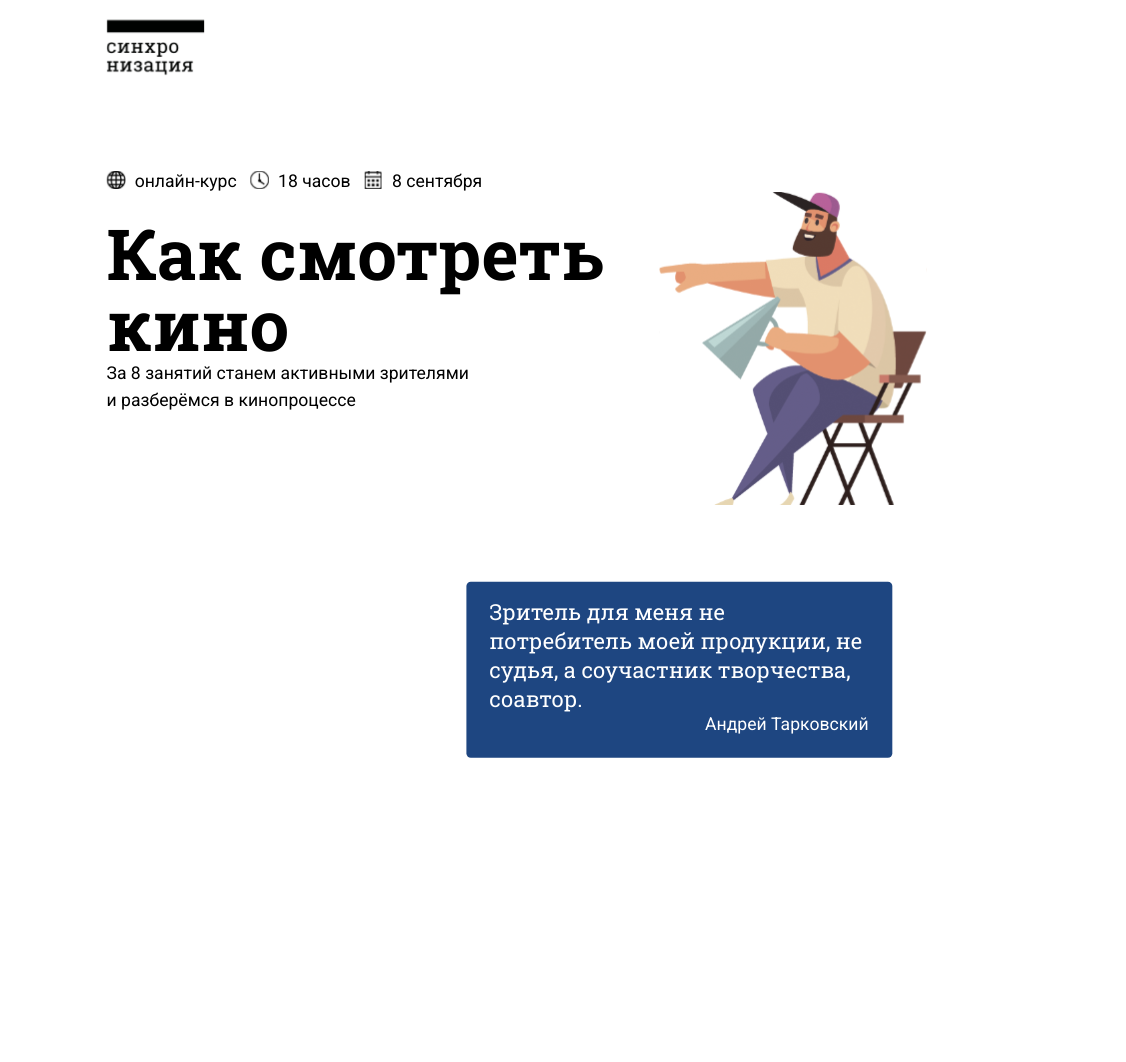
Repository: HeybetzadeQedim/task-2
Page: index.html
The author's editor kept a copy of each file at every save. The page is drawn from the files as they stood at one save, then again after the next save.
The browser window is 1280 px wide. The pictures show the whole page, at 88% of full size.

Above is the page before, as saved 2023-10-04 16:05:06.

After the next save:
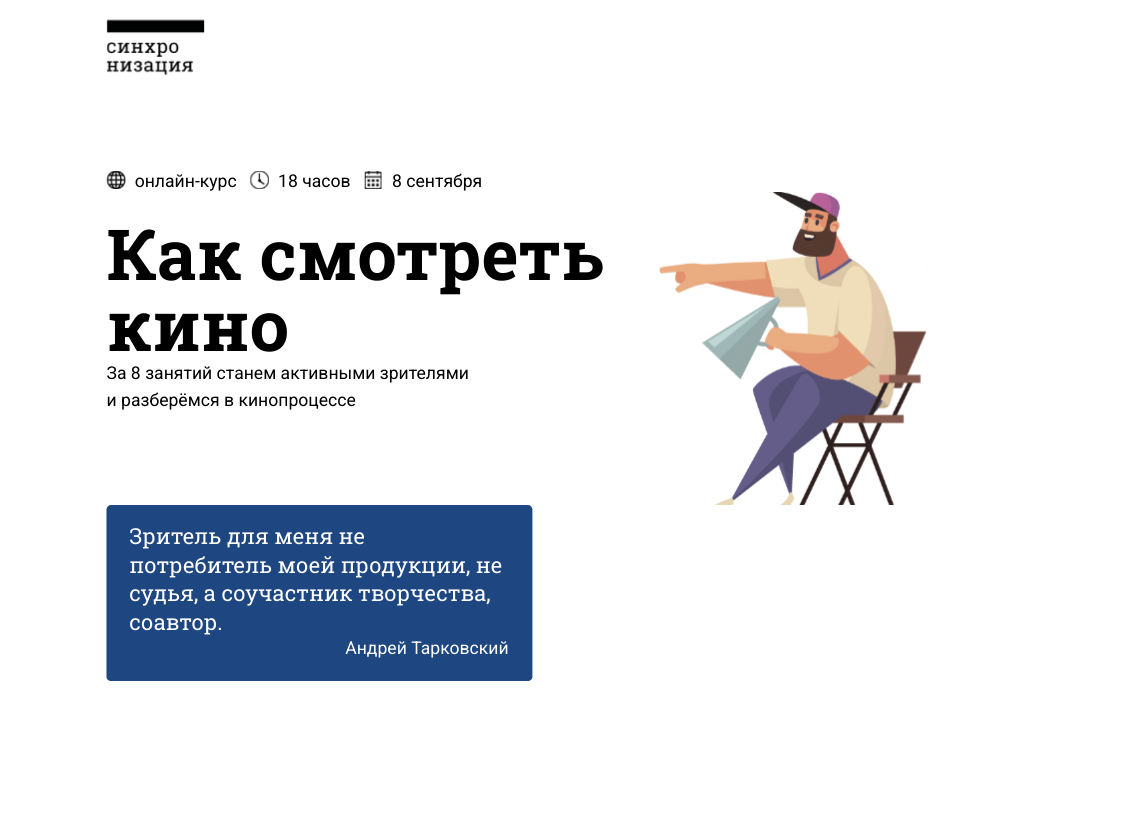
Saved 47 s later.
--- a/index.css
+++ b/index.css
@@ -75,7 +75,7 @@
 .box {
   width: 484px;
   height: 200px;
-  margin: 87px 0 173px 409px;
+  /* margin: 87px 0 173px 409px; */
   border-radius: 5px;
   background: #1e4681;
   padding: 19px 27px 68px 26px;
